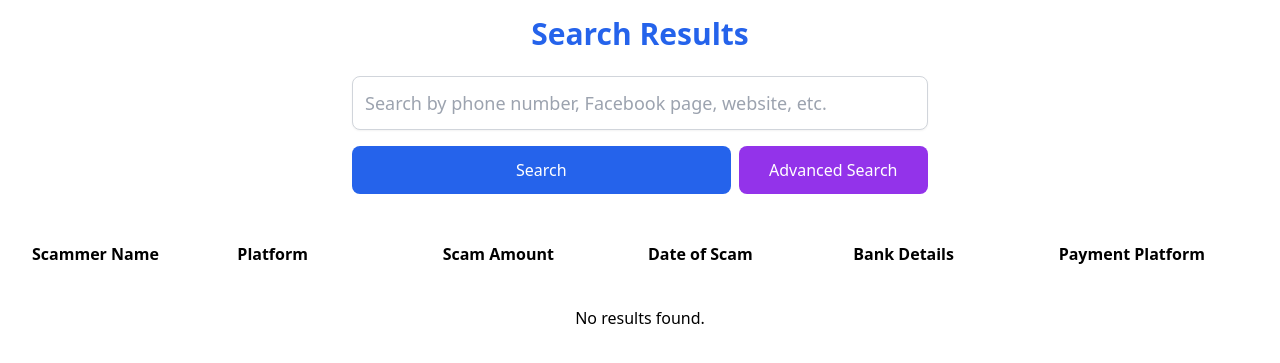
Repository: dev-athar/protarok
Page: /search
These files come from the project's save history. The page is drawn as it stood at one moment and after the next save; the edit follows.
The browser window is 1280 px wide. The pictures show the whole page.
The project was rebuilt for these pictures with package versions that can differ from the ones it lists, and the page was loaded fresh each time. Also part of the build but not shown: vite.config.ts, src/pages/RecentScamsList.tsx, src/pages/HomePage.tsx, src/pages/SubmitScamPage.tsx, src/pages/ImageUploader.tsx, src/pages/AdvancedSearchPage.tsx.

Above is the page before, as saved 2025-01-01 14:50:14.

### src/main.tsx
import { StrictMode } from "react";
import { createRoot } from "react-dom/client";
import "./index.css";
// import "./styles.css";
import App from "./App.tsx";

createRoot(document.getElementById("root")!).render(
  <StrictMode>
    <App />
  </StrictMode>
);

### src/App.tsx
// src/App.js
import { BrowserRouter as Router, Routes, Route } from "react-router-dom";
import HomePage from "./pages/HomePage";
import SubmitScamPage from "./pages/SubmitScamPage";
import ImageUploader from "./pages/ImageUploader";
import AdvancedSearchPage from "./pages/AdvancedSearchPage";
import SearchPage from "./pages/SearchPage";

function App() {
  return (
    <Router>
      <Routes>
        <Route path="/" element={<HomePage />} />
        <Route path="/search" element={<SearchPage />} />
        <Route path="/advanced-search" element={<AdvancedSearchPage />} />
        <Route path="/submit-scam" element={<SubmitScamPage />} />
        <Route path="/test" element={<ImageUploader />} />
      </Routes>
    </Router>
  );
}

export default App;

### src/pages/SearchPage.tsx
import React, { useState, useEffect } from "react";
import { useLocation } from "react-router-dom";
import SearchBar from "./SearchBar";
import { supabase } from "../supabase"; // Ensure you have the supabase client setup

const SearchPage = () => {
  const location = useLocation();
  const queryParams = new URLSearchParams(location.search);
  const initialSearchTerm = queryParams.get("query") || "";
  const [searchTerm, setSearchTerm] = useState(initialSearchTerm);
  const [searchResults, setSearchResults] = useState([]);
  const [loading, setLoading] = useState(false);

  useEffect(() => {
    const fetchSearchResults = async () => {
      if (searchTerm.trim() === "") {
        setSearchResults([]);
        return;
      }

      setLoading(true);

      try {
        const { data, error } = await supabase
          .from("scamReports")
          .select(
            "scamProfileName, platform, scamAmount, dateOfScam, bankDetails, paymentPlatform"
          )
          .ilike("scamProfileName", `%${searchTerm}%`);

        if (error) throw error;

        setSearchResults(data);
      } catch (error) {
        console.error("Error fetching search results:", error);
        setSearchResults([]);
      } finally {
        setLoading(false);
      }
    };

    fetchSearchResults();
  }, [searchTerm]);

  const handleSearch = (newSearchTerm) => {
    setSearchTerm(newSearchTerm);
  };
  const formatDate = (dateString) => {
    const options = { year: "numeric", month: "long", day: "numeric" };
    return new Date(dateString).toLocaleDateString("en-US", options);
  };

  return (
    <div className="p-4">
      <header className="text-center mb-6">
        <h1 className="text-3xl font-bold text-blue-600">Search Results</h1>
      </header>
      <SearchBar onSearch={handleSearch} initialQuery={searchTerm} />
      <div className="mt-4">
        {/* Table Heading */}
        <div className="grid grid-cols-[1fr_1fr_1fr_1fr_1fr_1fr] font-bold  p-4 rounded-t gap-4">
          <span className="text-left">Scammer Name</span>
          <span className="text-left">Platform</span>
          <span className="text-left">Scam Amount</span>
          <span className="text-left">Date of Scam</span>
          <span className="text-left">Bank Details</span>
          <span className="text-left">Payment Platform</span>
        </div>

        {/* Results as Cards */}
        <div className="flex flex-col gap-4 mt-2">
          {loading ? (
            <p className="text-center p-4">Loading...</p>
          ) : searchResults.length === 0 ? (
            <p className="text-center p-4">No results found.</p>
          ) : (
            searchResults.map((result, index) => (
              <div
                key={index}
                className="border rounded p-4 bg-white shadow-md hover:shadow-lg"
              >
                <div className="grid grid-cols-[1fr_1fr_1fr_1fr_1fr_1fr] gap-4">
                  <div className="text-left">
                    <p>{result.scamProfileName}</p>
                  </div>
                  <div className="text-left">
                    <p>{result.platform}</p>
                  </div>
                  <div className="text-left">
                    <p>Tk {result.scamAmount}</p>
                  </div>
                  <div className="text-left">
                    <p>{formatDate(result.dateOfScam)}</p>
                  </div>
                  <div className="text-left">
                    <p>{result.bankDetails}</p>
                  </div>
                  <div className="text-left">
                    <p>{result.paymentPlatform}</p>
                  </div>
                </div>
              </div>
            ))
          )}
        </div>
      </div>
    </div>
  );
};

export default SearchPage;

### src/pages/SearchBar.tsx
// src/components/SearchBar.js
import { useState, useEffect } from "react";
import { useNavigate } from "react-router-dom";

function SearchBar({ initialQuery = "", onSearch }) {
  const [searchTerm, setSearchTerm] = useState(initialQuery);
  const navigate = useNavigate();

  useEffect(() => {
    setSearchTerm(initialQuery);
  }, [initialQuery]);

  const handleSearch = () => {
    if (searchTerm.trim() !== "") {
      navigate(`/search?query=${encodeURIComponent(searchTerm)}`);
      if (onSearch) onSearch(searchTerm);
    }
  };

  const handleAdvancedSearch = () => {
    if (searchTerm.trim() !== "") {
      navigate(`/advanced-search?query=${encodeURIComponent(searchTerm)}`);
      if (onSearch) onSearch(searchTerm);
    }
  };

  return (
    <div className="max-w-xl mx-auto mb-8">
      <input
        type="text"
        className="w-full p-3 text-lg border border-gray-300 rounded-lg shadow-sm focus:outline-none focus:ring-2 focus:ring-blue-500"
        placeholder="Search by phone number, Facebook page, website, etc."
        value={searchTerm}
        onChange={(e) => setSearchTerm(e.target.value)}
        onKeyDown={(e) => e.key === "Enter" && handleSearch()}
      />
      <div className="flex justify-between items-center mt-4">
        <button
          onClick={handleSearch}
          className="w-2/3 bg-blue-600 text-white py-3 px-4 rounded-lg hover:bg-blue-700 transition duration-300 mr-2"
        >
          Search
        </button>
        <button
          onClick={handleAdvancedSearch}
          className="w-1/3 bg-purple-600 text-white py-3 px-4 rounded-lg hover:bg-purple-700 transition duration-300"
        >
          Advanced Search
        </button>
      </div>
    </div>
  );
}

export default SearchBar;

### src/supabase.js
// src/supabase.js
import { createClient } from "@supabase/supabase-js";

// Replace with your Supabase project details
const SUPABASE_URL = "https://sifneaujnvssmmholqep.supabase.co";
const SUPABASE_ANON_KEY =
  "eyJhbGciOiJIUzI1NiIsInR5cCI6IkpXVCJ9.eyJpc3MiOiJzdXBhYmFzZSIsInJlZiI6InNpZm5lYXVqbnZzc21taG9scWVwIiwicm9sZSI6ImFub24iLCJpYXQiOjE3MzU1Nzg3OTYsImV4cCI6MjA1MTE1NDc5Nn0.zF7HMOg0-BrktsjLbYnVq5kqcp5-WHRwPWzEX9ggRew";

export const supabase = createClient(SUPABASE_URL, SUPABASE_ANON_KEY);

### tailwind.config.js
/** @type {import('tailwindcss').Config} */
// export default {
module.exports = {
  content: ["./index.html", "./src/**/*.{js,ts,jsx,tsx}"],
  theme: {
    extend: {},
  },
  plugins: [],
};

Loaded but not shown: index.html (common file); src/index.css (common file)

After the next save:
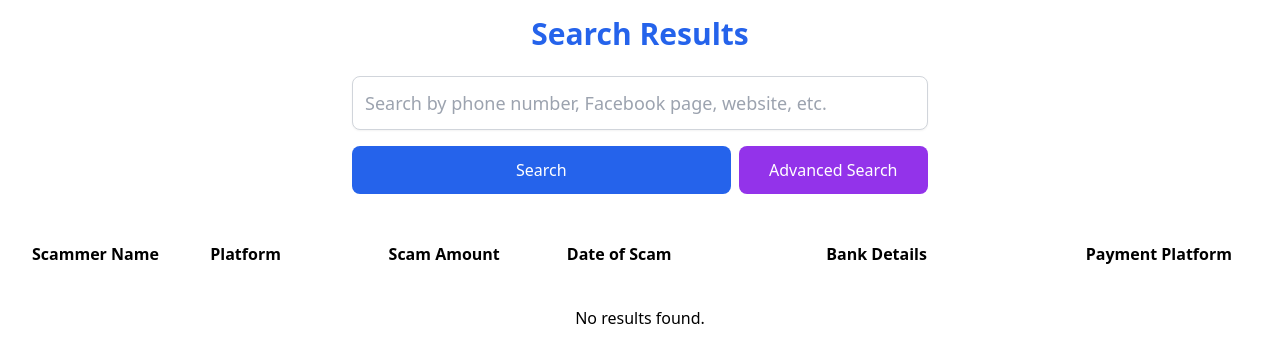
Saved 63 s later.
--- a/src/pages/SearchPage.tsx
+++ b/src/pages/SearchPage.tsx
@@ -58,7 +58,7 @@ const SearchPage = () => {
       <SearchBar onSearch={handleSearch} initialQuery={searchTerm} />
       <div className="mt-4">
         {/* Table Heading */}
-        <div className="grid grid-cols-[1fr_1fr_1fr_1fr_1fr_1fr] font-bold  p-4 rounded-t gap-4">
+        <div className="grid grid-cols-[1fr_1fr_1fr_1.5fr_1.5fr_1fr] font-bold  p-4 rounded-t gap-4">
           <span className="text-left">Scammer Name</span>
           <span className="text-left">Platform</span>
           <span className="text-left">Scam Amount</span>
@@ -79,7 +79,7 @@ const SearchPage = () => {
                 key={index}
                 className="border rounded p-4 bg-white shadow-md hover:shadow-lg"
               >
-                <div className="grid grid-cols-[1fr_1fr_1fr_1fr_1fr_1fr] gap-4">
+                <div className="grid grid-cols-[1fr_1fr_1fr_1.5fr_1.5fr_1fr] gap-4">
                   <div className="text-left">
                     <p>{result.scamProfileName}</p>
                   </div>
